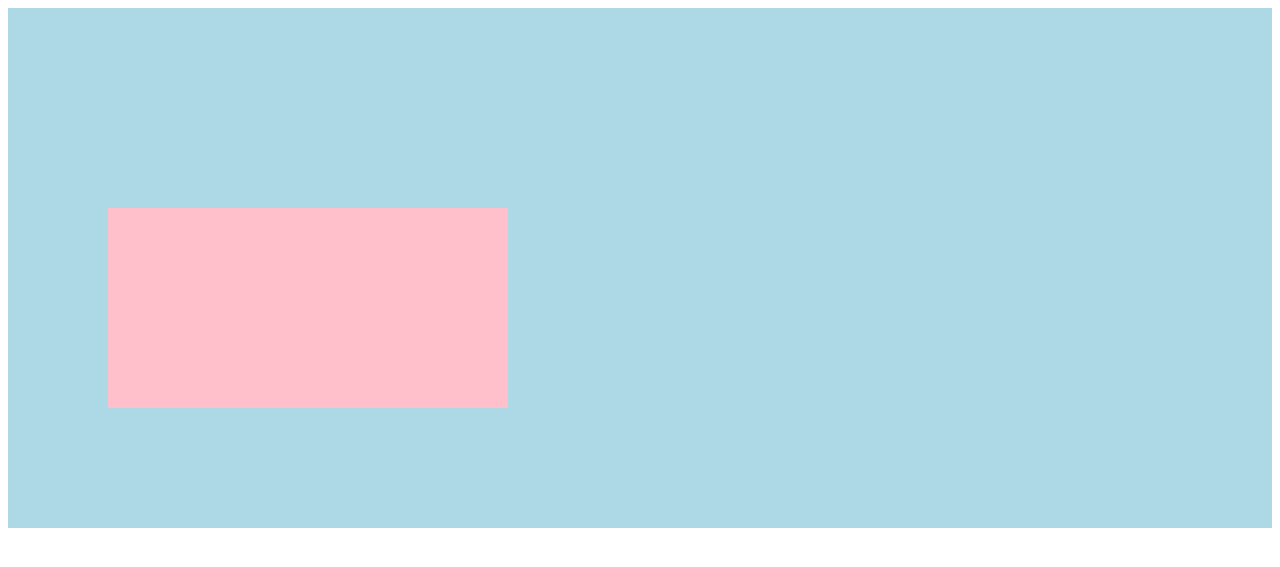
Repository: Codigo404q/html-css
Page: exercicios/ex022/fundo007.html
These files come from the project's save history. The page is drawn as it stood at one moment and after a run of saves; the edit follows.
The browser window is 1280 px wide. The pictures show the whole page.

Above is the page before, as saved 2024-01-06 21:43:47.

After the next 2 saves:
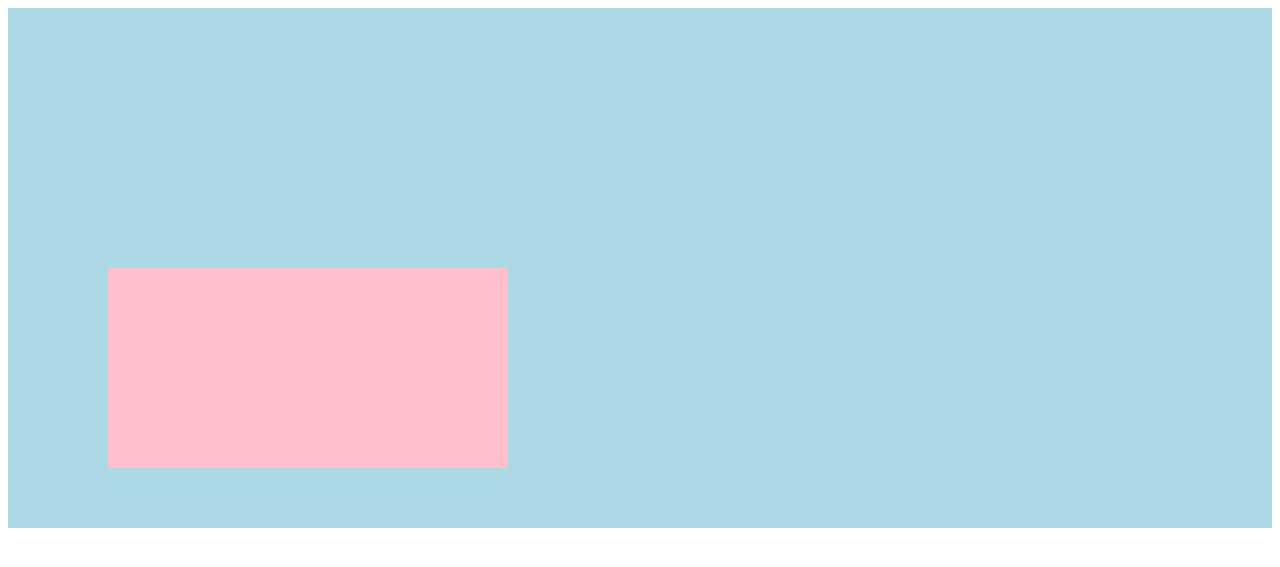
The 2 saves are shown as one change because they came seconds apart.
The last was saved 24 s later.
--- a/exercicios/ex022/fundo007.html
+++ b/exercicios/ex022/fundo007.html
@@ -20,7 +20,7 @@
 
 
             left: 100px;
-            top: 200px;
+            top: 50%;
         }
     </style>
 </head>
